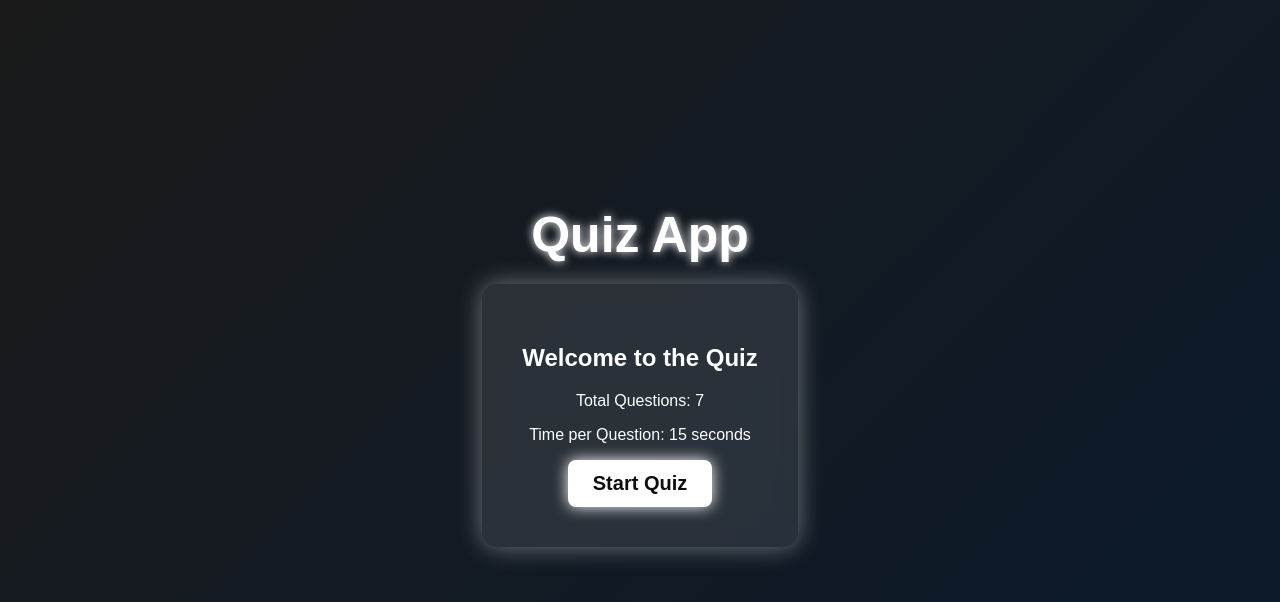
Repository: fatimaqueen9967-eng/SyntacexhubQuizApp
Page: index.html
An editor plug-in stored every save of this project. The page is shown before and after the next save, followed by the edit.
The browser window is 1280 px wide. The pictures show the whole page.

Above is the page before, as saved 2026-03-15 21:33:03.

After the next save:
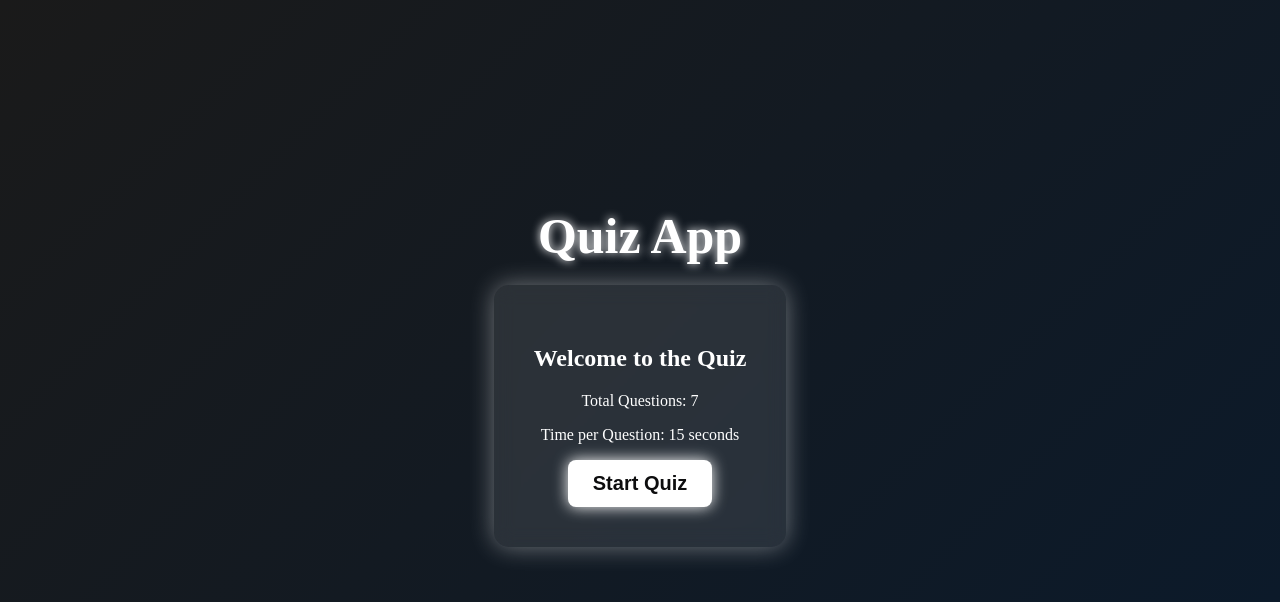
Saved 16 min 46 s later.
--- a/style.css
+++ b/style.css
@@ -4,7 +4,7 @@ body{
 /* background:linear-gradient(135deg,#89039b,#83005c); */
 background: linear-gradient(135deg, #1a1a1a, #0b1a2b);
 /* #1a1a1a = dark gray, #0b1a2b = navy */
-font-family:Arial;
+/* font-family:Arial; */
 display:flex;
 flex-direction:column;
 align-items:center;
